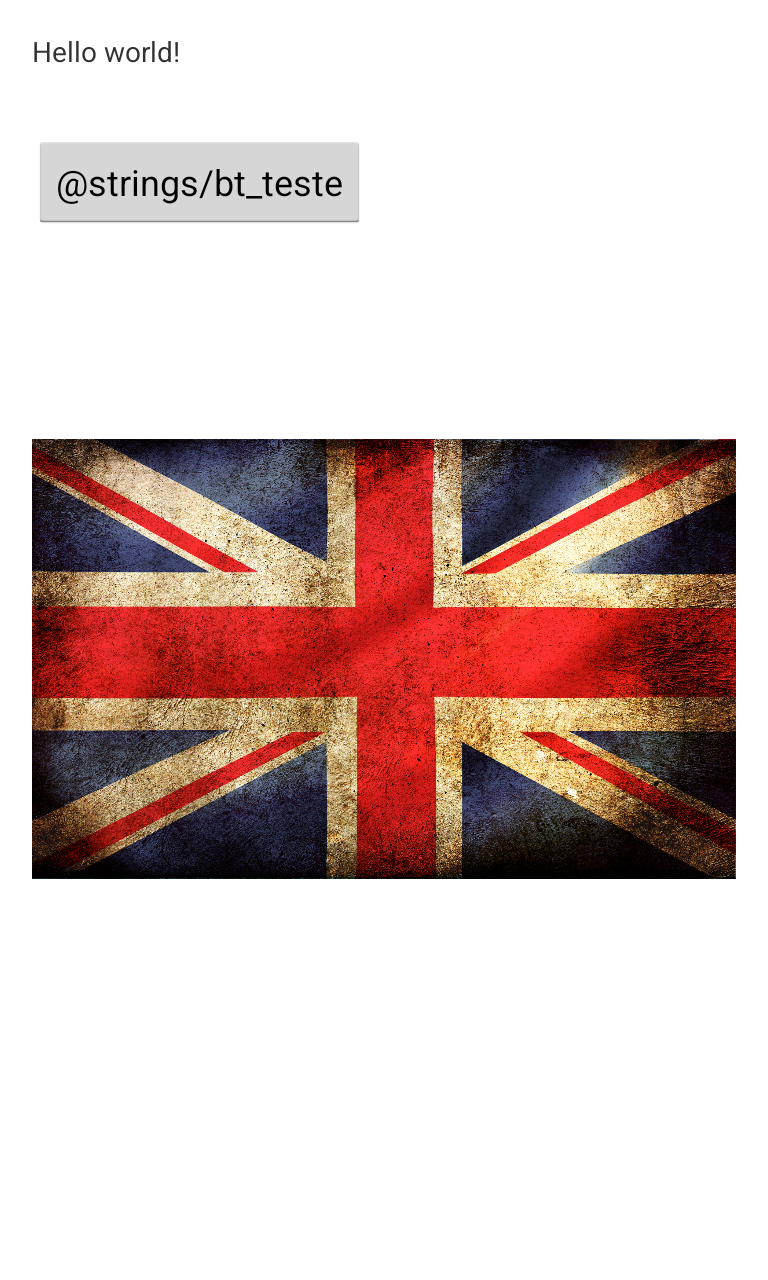
Repository: iptomar/letrinhas_documentacao
Layout: Letrinhas/APP/Prototipos/Letrinhas0.1/Versao 0.1/DemoInternacionalizacao/Internacionalizacao/res/layout/fragment_main.xml
An editor plug-in stored every save of this project. The layout is shown before and after the next save, followed by the edit.
It is drawn on a 768 x 1280 px phone screen (xhdpi) without system bars, with theme AppTheme; the app's code is not run.

Above is the layout before, as saved 2014-03-26 15:59:19.

After the next save:
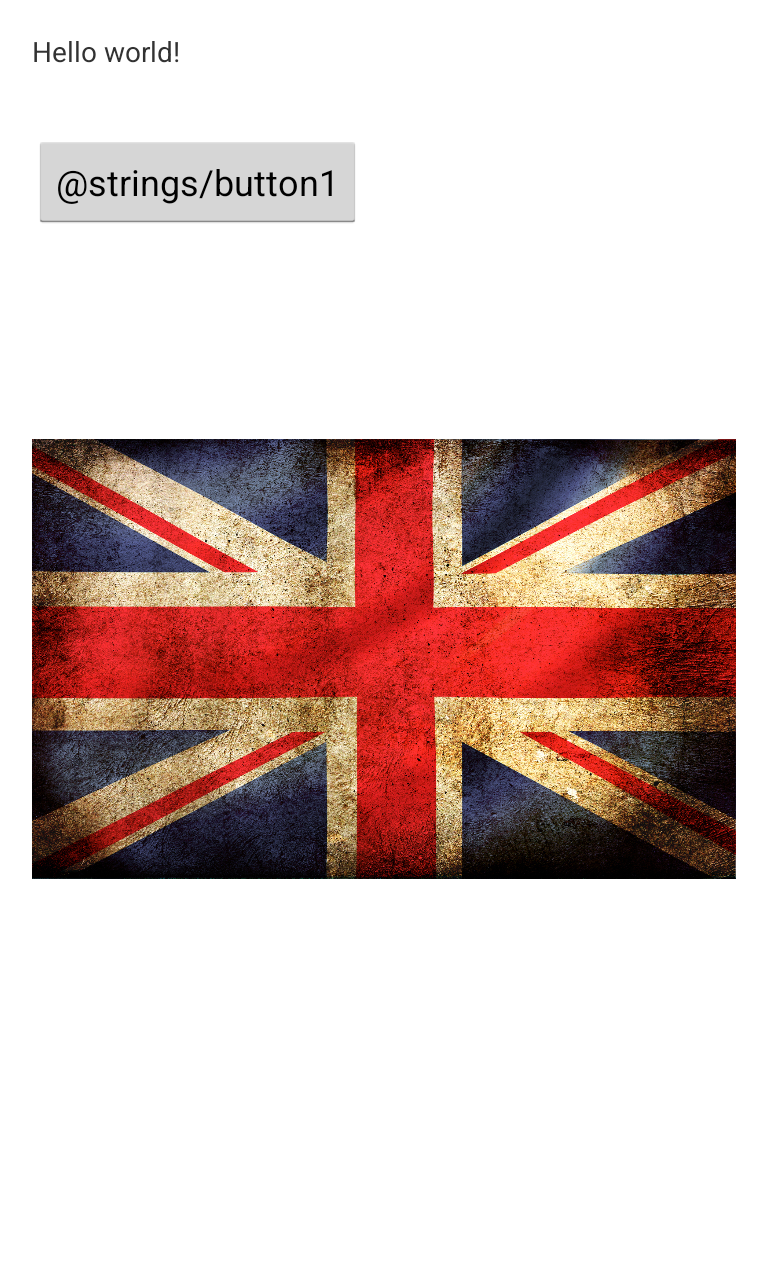
Saved 2 s later.
--- a/Letrinhas/APP/Prototipos/Letrinhas0.1/Versao 0.1/DemoInternacionalizacao/Internacionalizacao/res/layout/fragment_main.xml
+++ b/Letrinhas/APP/Prototipos/Letrinhas0.1/Versao 0.1/DemoInternacionalizacao/Internacionalizacao/res/layout/fragment_main.xml
@@ -29,6 +29,6 @@
         android:layout_height="wrap_content"
         android:layout_alignTop="@+id/imageView1"
         android:layout_marginTop="32dp"
-        android:text="@strings/bt_teste" />
+        android:text="@strings/button1" />
 
 </RelativeLayout>

After the save that followed:
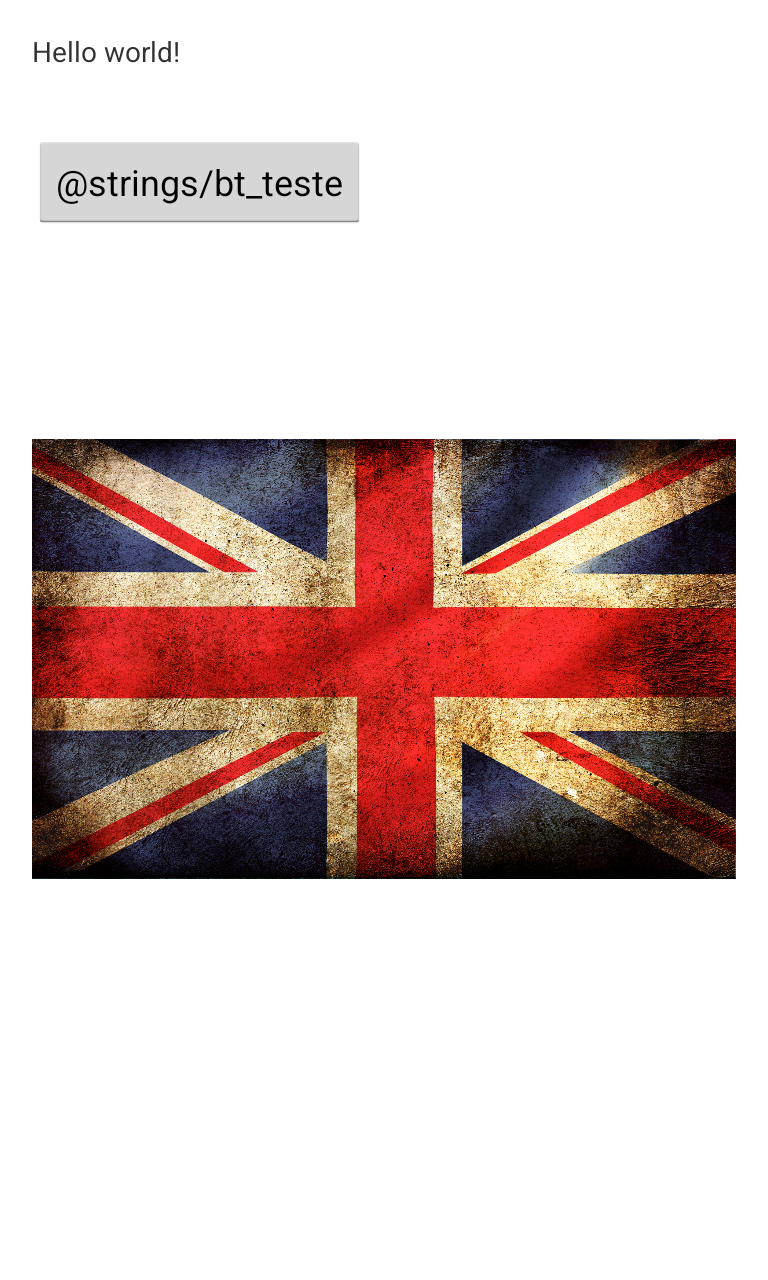
Saved 33 s later.
--- a/Letrinhas/APP/Prototipos/Letrinhas0.1/Versao 0.1/DemoInternacionalizacao/Internacionalizacao/res/layout/fragment_main.xml
+++ b/Letrinhas/APP/Prototipos/Letrinhas0.1/Versao 0.1/DemoInternacionalizacao/Internacionalizacao/res/layout/fragment_main.xml
@@ -29,6 +29,6 @@
         android:layout_height="wrap_content"
         android:layout_alignTop="@+id/imageView1"
         android:layout_marginTop="32dp"
-        android:text="@strings/button1" />
+        android:text="@strings/bt_teste" />
 
 </RelativeLayout>
